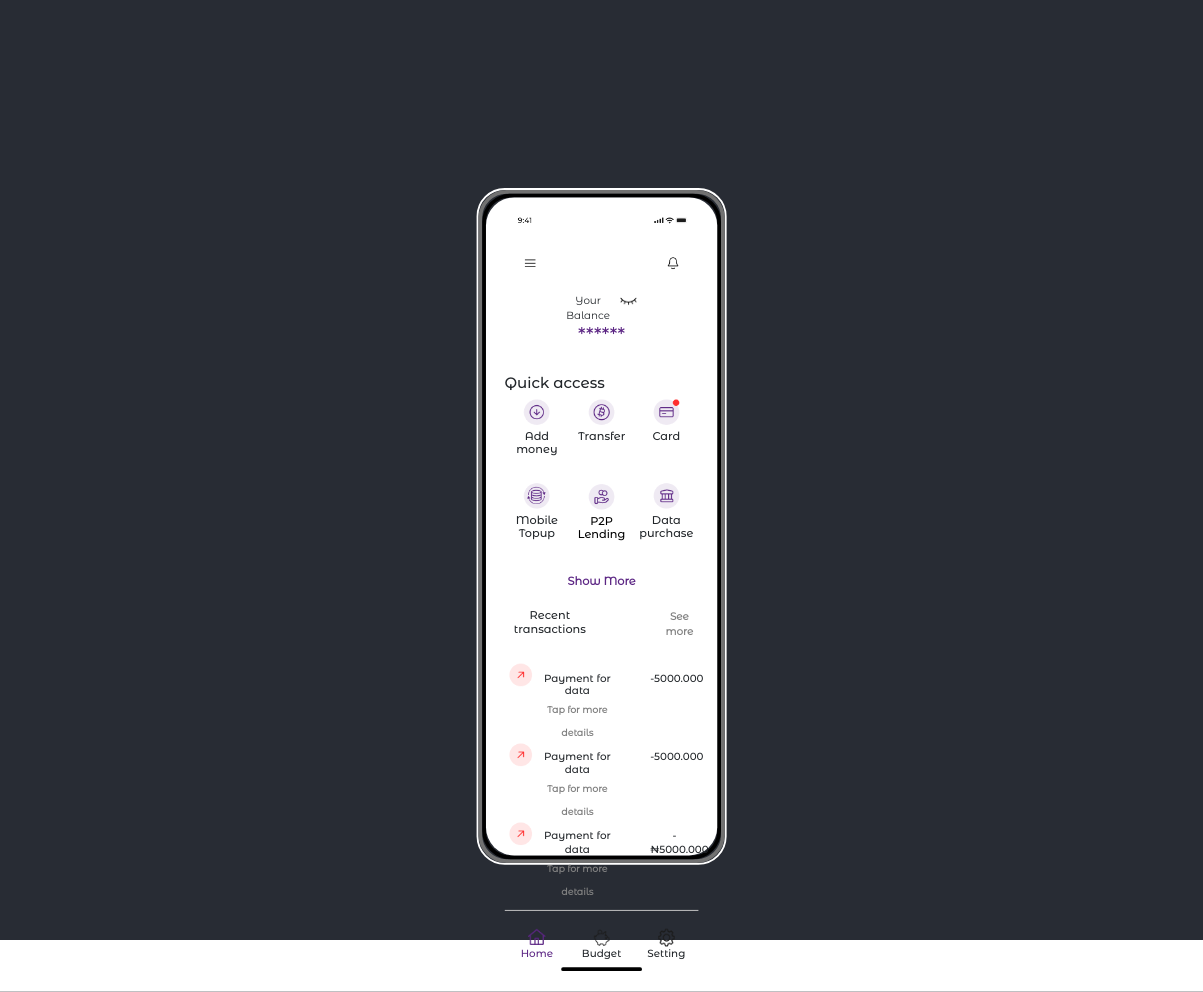
Repository: sarahnnanyelugo/fcmb-hackathon
Page: /
An editor plug-in stored every save of this project. The page is shown before and after the next save, followed by the edit.
The browser window is 1280 px wide. The pictures show the whole page, at 94% of full size.
The project was rebuilt for these pictures with package versions that can differ from the ones it lists, and the page was loaded fresh each time. Also part of the build but not shown: src/components/components.scss, src/components/Beneficiaries.js, src/Pages/LoanInterface.js.

Above is the page before, as saved 2023-10-28 22:28:53.

### src/App.js
import "bootstrap/dist/css/bootstrap.min.css";
import { BrowserRouter, Routes, Route, Link, Outlet } from "react-router-dom";
import Home from "./Pages/Home";
import LoanInterface from "./Pages/LoanInterface";
import "./App.scss";
function App() {
  return (
    <>
      <Routes>
        <Route path="/" element={<Home />} />
        <Route path="loan-interface" element={<LoanInterface />} />
      </Routes>
    </>
  );
}
export default App;

### src/Pages/Home.js
import "bootstrap/dist/css/bootstrap.min.css";
import Top from "../assets/images/top.png";
import Menu from "../assets/images/menu.png";
import Bell from "../assets/images/bell.png";
import Eye from "../assets/images/eye.png";
import Eye2 from "../assets/images/eye2.png";
import Add from "../assets/images/add.png";
import Transfer from "../assets/images/trans.png";
import Card from "../assets/images/atm.png";
import Mobile from "../assets/images/topup.png";
import Lending from "../assets/images/lend.png";
import Data from "../assets/images/data.png";
import Arrow from "../assets/images/arrow.png";
import HomeIcon from "../assets/images/home.png";
import Piggy from "../assets/images/piggy.png";
import Settings from "../assets/images/setting.png";
import "./style.scss";
import { useState } from "react";
import { Link } from "react-router-dom";

function Home() {
  const [showBalance, setShowBalance] = useState(false);
  const [balance, setBalance] = useState("");

  const toggleShowBalance = () => {
    setShowBalance(!showBalance);
  };
  return (
    <>
      <div className="app-header">
        <center>
          <div className="col-md-3">
            <center>
              <div className="col-md-10 app">
                <div className="app-inner">
                  <div className="app-inner2">
                    <div className="app-face">
                      <img src={Top} alt="icon" width="100%" />
                      <div className="flexy" style={{ padding: "20px" }}>
                        <div className="col-md-1 ">
                          {" "}
                          <img src={Menu} alt="icon" width="100%" />
                        </div>
                        <div className="col-md-1 offset-md-10">
                          {" "}
                          <img src={Bell} alt="icon" width="100%" />
                        </div>
                      </div>
                      <center>
                        <div className="col-md-5 balance">
                          <div className="flexy">
                            <small className="col-md-8"> Your Balance </small>
                            <span
                              onClick={toggleShowBalance}
                              className="col-md-4"
                            >
                              {showBalance ? (
                                <img
                                  className=""
                                  src={Eye}
                                  alt="Scholar"
                                  width="60%"
                                />
                              ) : (
                                <img
                                  className=""
                                  src={Eye2}
                                  alt="Scholar"
                                  width="80%"
                                />
                              )}
                            </span>
                          </div>
                          <h5>{showBalance ? "₦2,000" : "******"}</h5>
                        </div>
                      </center>
                      <h6 style={{ float: "left" }}>Quick access</h6>
                      <div className="flexy col-md-12 access">
                        <div className="col-md-4">
                          {" "}
                          <img src={Add} alt="icon" width="40%" />
                          <h6>Add money</h6>
                        </div>
                        <div className="col-md-4">
                          {" "}
                          <img src={Transfer} alt="icon" width="40%" />
                          <h6>Transfer</h6>
                        </div>
                        <div className="col-md-4">
                          {" "}
                          <img src={Card} alt="icon" width="40%" />
                          <h6>Card</h6>
                        </div>
                      </div>
                      <div className="flexy col-md-12 access2">
                        <div className="col-md-4">
                          {" "}
                          <img src={Mobile} alt="icon" width="40%" />
                          <h6>Mobile Topup</h6>
                        </div>
                        <div className="col-md-4">
                          {" "}
                          <Link to={"/loan-interface"}>
                            {" "}
                            <img src={Lending} alt="icon" width="40%" />
                            <h6>P2P Lending</h6>
                          </Link>
                        </div>
                        <div className="col-md-4">
                          {" "}
                          <img src={Data} alt="icon" width="40%" />
                          <h6>Data purchase</h6>
                        </div>
                      </div>
                      <a href="#">Show More</a>
                      <div className="flexy" style={{ marginTop: "20px" }}>
                        <h6 style={{ fontSize: "12px" }}>
                          Recent transactions
                        </h6>
                        <a
                          href="#"
                          className="offset-md-4"
                          style={{ fontSize: "11px", color: "grey" }}
                        >
                          See more
                        </a>
                      </div>
                      <div className="transactions">
                        <div className="flexy">
                          <div className="col-md-2">
                            {" "}
                            <img src={Arrow} alt="icon" width="70%" />
                          </div>
                          <div className="col-md-5">
                            <h6>Payment for data</h6>
                            <a href="#">Tap for more details</a>
                          </div>
                          <div className="col-md-3 offset-md-2">
                            <h6>-5000.000</h6>
                          </div>
                        </div>{" "}
                        <div className="flexy">
                          <div className="col-md-2">
                            {" "}
                            <img src={Arrow} alt="icon" width="70%" />
                          </div>
                          <div className="col-md-5">
                            <h6>Payment for data</h6>
                            <a href="#">Tap for more details</a>
                          </div>
                          <div className="col-md-3 offset-md-2">
                            <h6>-5000.000</h6>
                          </div>
                        </div>{" "}
                        <div className="flexy">
                          <div className="col-md-2">
                            {" "}
                            <img src={Arrow} alt="icon" width="70%" />
                          </div>
                          <div className="col-md-5">
                            <h6>Payment for data</h6>
                            <a href="#">Tap for more details</a>
                          </div>
                          <div className="col-md-3 offset-md-2">
                            <h6>-₦5000.000</h6>
                          </div>
                        </div>
                      </div>
                      <div className="flexy footer">
                        <div className="col-md-4">
                          {" "}
                          <img src={HomeIcon} alt="icon" width="30%" />
                          <h6 style={{ color: "#5c2684" }}>Home</h6>
                        </div>
                        <div className="col-md-4">
                          {" "}
                          <img src={Piggy} alt="icon" width="30%" />
                          <h6>Budget</h6>
                        </div>
                        <div className="col-md-4">
                          {" "}
                          <img src={Settings} alt="icon" width="30%" />
                          <h6>Setting</h6>
                        </div>
                      </div>
                      <div className="dash col-md-5">&nbsp;</div>
                    </div>
                  </div>
                </div>
              </div>
            </center>
          </div>
        </center>
      </div>
    </>
  );
}

export default Home;

### src/App.scss
@font-face {
  font-family: montB;
  src: url(./assets/fonts/mont/MontserratAlternates-Medium.otf);
}
@font-face {
  font-family: montBB;
  src: url(./assets/fonts/mont/MontserratAlternates-Bold.otf);
}
@font-face {
  font-family: montR;
  src: url(./assets/fonts/mont/MontserratAlternates-Regular.otf);
}

h1,
h2,
h3,
h4,
h5,
h6 {
  font-family: montB;
}
p,
small,
button,
a,
li {
  font-family: montR;
}

### src/Pages/style.scss
.app-header {
  background-color: #282c34;
  height: 1000px;
  padding-top: 200px;
  width: 100%;
}

.app {
  border: solid 2px #fff;
  height: 720px;
  border-radius: 30px;
}
.app-inner {
  border: solid 4px #717171;
  height: 100%;
  border-radius: 30px;
}
.app-inner2 {
  border: solid 4px #000;
  height: 100%;
  border-radius: 30px;
}
.app-face {
  background: #fff;
  height: 100%;
  border-radius: 30px;
  padding: 10px 20px 0px 20px;
  a {
    color: #5c2684;
    text-decoration: none;
    font-size: 12px;
    font-weight: bold;
  }
}
.flexy {
  display: flex;
}
.flexy1 {
  flex-grow: 1;
}
.balance {
  h5 {
    color: #5c2684;
    margin-bottom: 30px;
  }
  small {
    font-size: 11px;
  }
  img {
    margin-top: -10px;
  }
}
.access {
  margin-top: 50px;
  h6 {
    font-size: 12px;
    margin-top: 5px;
  }
  a {
    color: #000;
  }
}
.access2 {
  margin-top: 20px;
  margin-bottom: 20px;
  h6 {
    font-size: 12px;
    margin-top: 5px;
  }
  a {
    color: #000;
  }
}
.transactions {
  margin-top: 20px;
  h6 {
    font-size: 11px;
    margin-bottom: 0 !important;
    margin-top: 10px;
  }
  a {
    font-size: 10px;
    color: grey;
    text-decoration: none;
    margin-top: 0;
  }
}
.footer {
  border-top: solid 1px rgb(202, 201, 201);
  padding-top: 15px;
  margin-top: 10px;
  h6 {
    font-size: 11px;
  }
}
.dash {
  border-radius: 10px;
  border: solid 2px black;
  height: 2px;
}
.amount {
  margin-top: 30px;
  h6 {
    font-size: 11px;
  }
  input {
    padding: 5px 20px;
    width: 100%;
    font-weight: bold;
    color: #000 !important;
  }
}
.duration {
  margin-top: 30px;
  h6 {
    font-size: 11px;
  }
  p {
    font-size: 11px;
    color: grey;
    text-align: left;
    span {
      font-weight: bold;
    }
  }
  button {
    border: none;
    padding: 10px 0px;
    font-size: 12px;
    width: 100%;
    background: #fff;
    border-top: solid 1px grey;
    border-bottom: solid 1px grey;
  }
  #btn1 {
    border-top-left-radius: 10px;
    border-bottom-left-radius: 10px;
    border-left: solid 1px grey;
  }
  #btn4 {
    border-top-right-radius: 10px;
    border-bottom-right-radius: 10px;
  }
  #btn4,
  #btn1,
  #btn2,
  #btn3 {
    border-right: solid 1px grey;
  }
}
.curr-active {
  background: #5c2684 !important;
  color: #fff !important;
}
.remark {
  margin-top: 40px;
  h6 {
    font-size: 13px;
  }
  small {
    font-size: 11px;
    color: grey;
  }
  textarea {
    height: 80px;
    font-size: 8px;
  }
}
.confirm-btn {
  background: #5c2684;
  color: #fff;
  width: 100%;
  margin-top: 40px;
  border: none;
  border-radius: 5px;
  padding: 7px 0;
}

Loaded but not shown: public/index.html (common file); src/index.js (common file); src/index.css (common file); src/reportWebVitals.js (common file)

After the next save:
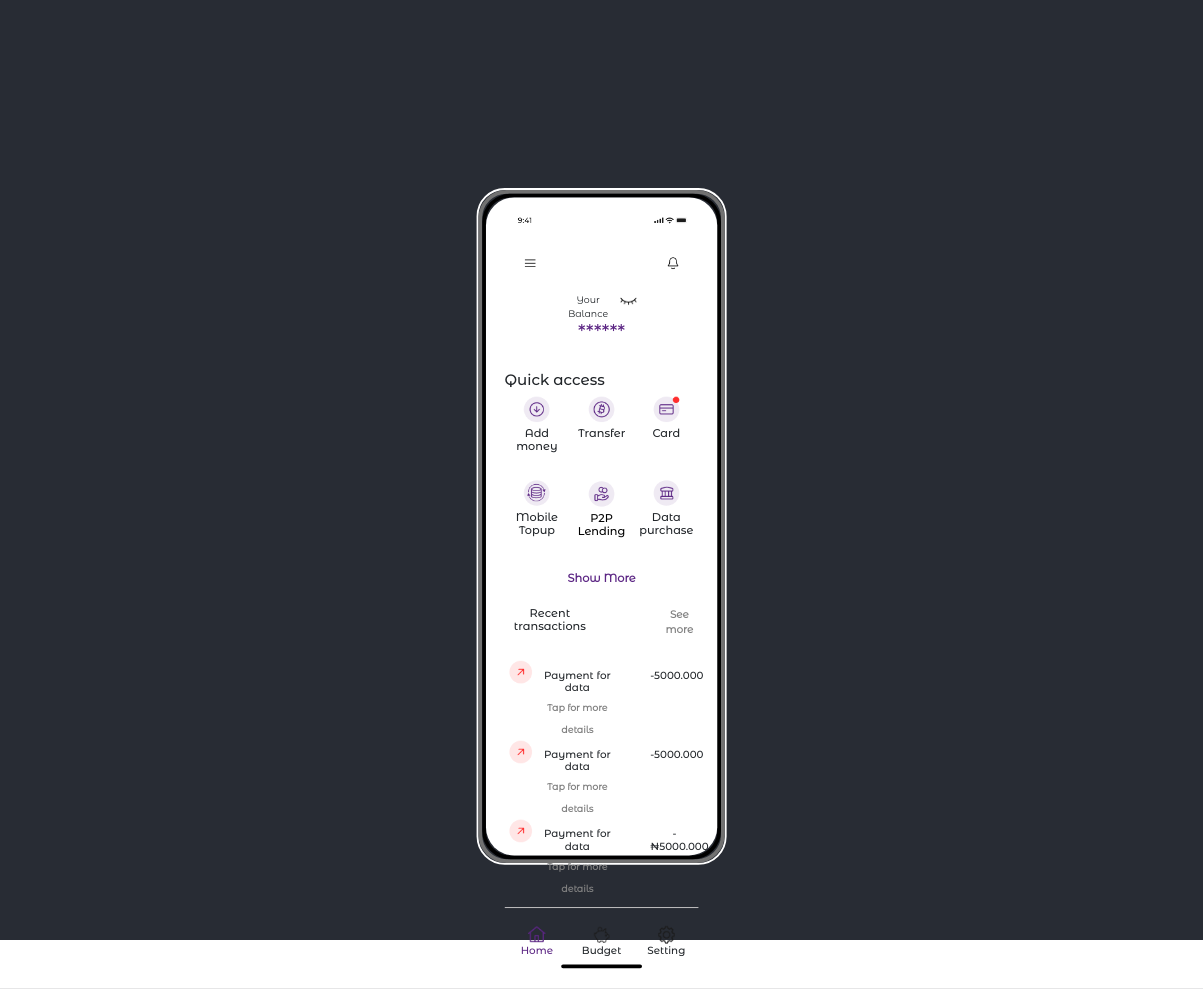
Saved 36 s later.
--- a/src/Pages/style.scss
+++ b/src/Pages/style.scss
@@ -44,7 +44,7 @@
     margin-bottom: 30px;
   }
   small {
-    font-size: 11px;
+    font-size: 10px;
   }
   img {
     margin-top: -10px;
